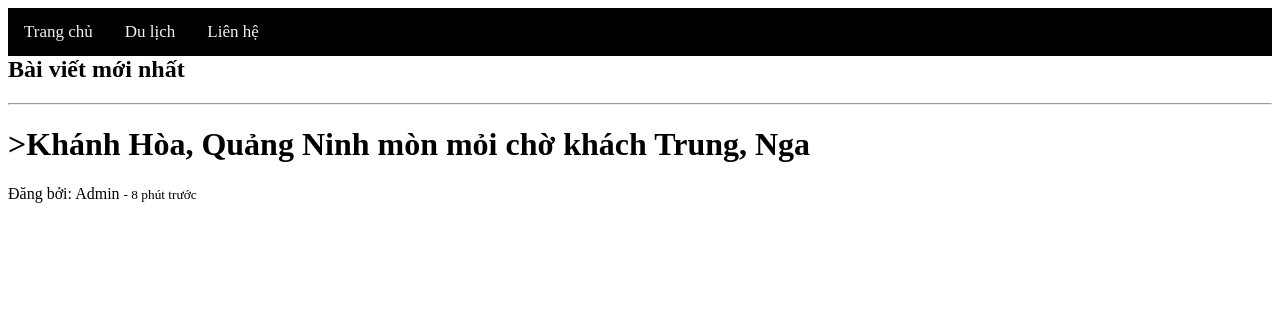
Repository: Lehuyhuynh/BTH2-CSS
Page: BTH3/BTH4/index.html
The author's editor kept a copy of each file at every save. The page is drawn from the files as they stood at one save, then again after the next save.
The browser window is 1280 px wide. The pictures show the whole page.

Above is the page before, as saved 2023-08-11 16:48:43.

### BTH3/BTH4/index.html
<!DOCTYPE html>
<html lang="en">
<head>
  <meta charset="UTF-8">
  <meta name="viewport" content="width=device-width, initial-scale=1.0">
  <link rel="stylesheet" href="style.css">
  <title>BTH4</title>
</head>
<body>
  <div class="container">

    <div class="navbar">
      <a href="Trang chủ">Trang chủ</a>
      <a href="Du lịch">Du lịch</a>
      <a href=" Liên hệ">Liên hệ</a>
    </div>

    <div class="contenr">
      <div class="posts">
        <div class="title">
          <h2>Bài viết mới nhất</h2>
        </div>
        <hr class="hr">
        <div class="first">
          <h1>>Khánh Hòa, Quảng Ninh mòn mỏi chờ khách Trung, Nga</h1>
          <p>Đăng bởi: Admin <small>- 8 phút trước</small></p>
          <img src="" alt="">
          <p></p>
        </div>
      </div>
    </div>

    <div class="footer"></div>

  </div>

</body>
</html>

### BTH3/BTH4/style.css
.container {
  width: 100%;
  margin: 0 auto;
  height: auto;
  float: left;
}

.navbar {
  overflow: hidden;
  background-color: black;
  float: left;
  top: 0;
  width: 100%;
}

.navbar a {
  float: left;
  display: block;
  color: #f2f2f2;
  text-align: center;
  padding: 14px 16px;
  text-decoration: none;
  font-size: 17px;
}

.navbar a:hover {
  background: #ddd;
  color: black;
}

After the next save:
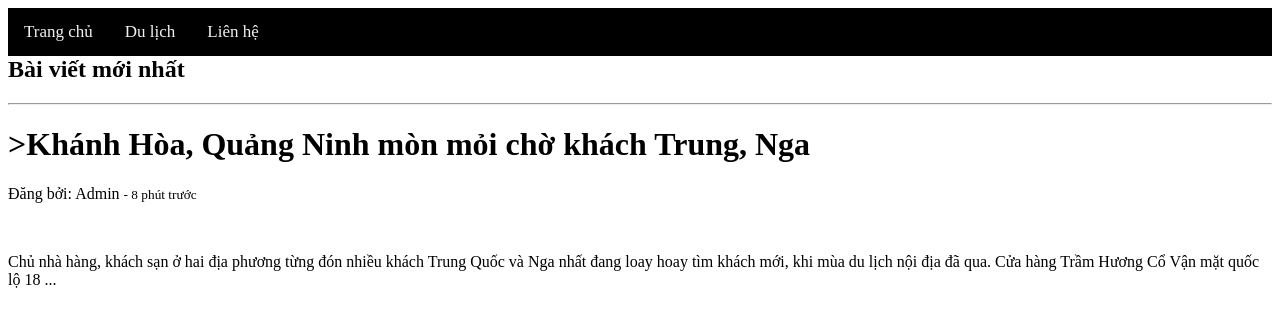
Saved 19 s later.
--- a/BTH3/BTH4/index.html
+++ b/BTH3/BTH4/index.html
@@ -25,7 +25,7 @@
           <h1>>Khánh Hòa, Quảng Ninh mòn mỏi chờ khách Trung, Nga</h1>
           <p>Đăng bởi: Admin <small>- 8 phút trước</small></p>
           <img src="" alt="">
-          <p></p>
+          <p>Chủ nhà hàng, khách sạn ở hai địa phương từng đón nhiều khách Trung Quốc và Nga nhất đang loay hoay tìm khách mới, khi mùa du lịch nội địa đã qua. Cửa hàng Trầm Hương Cổ Vận mặt quốc lộ 18 ...</p>
         </div>
       </div>
     </div>
